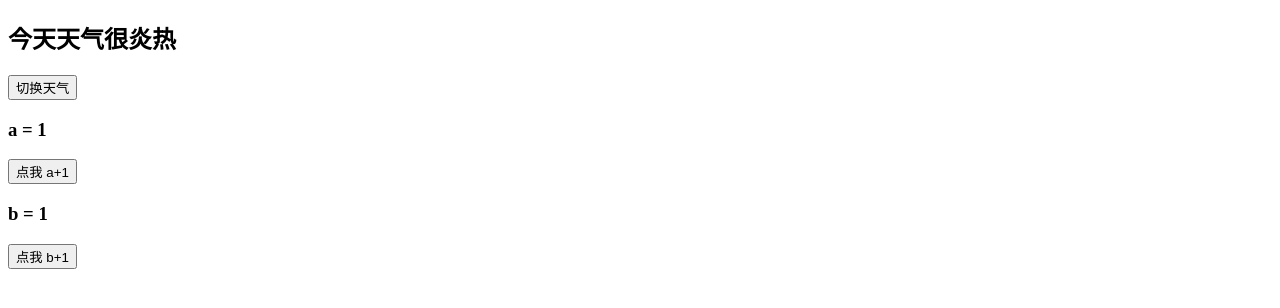
Repository: reggiepy/vueLeaning
Page: 08 监视属性/4. 天气案例_深度监视简写形式.html
An editor plug-in stored every save of this project. The page is shown before and after the next save, followed by the edit.
The browser window is 1280 px wide. The pictures show the whole page.

Above is the page before, as saved 2021-12-19 17:42:00.

After the next save:
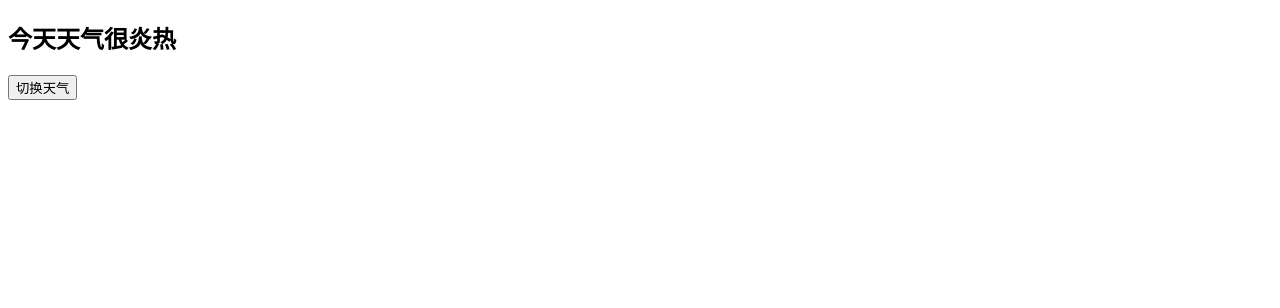
Saved 2 min 18 s later.
--- a/08 监视属性/4. 天气案例_深度监视简写形式.html
+++ b/08 监视属性/4. 天气案例_深度监视简写形式.html
@@ -11,10 +11,6 @@
     <div id="root">
       <h2>今天天气很{{info}}</h2>
       <button @click="changeWeather">切换天气</button>
-      <h3>a = {{numbers.a}}</h3>
-      <button @click="numbers.a++">点我 a+1</button>
-      <h3>b = {{numbers.b}}</h3>
-      <button @click="numbers.b++">点我 b+1</button>
     </div>
   </body>
   <script>
@@ -39,30 +35,23 @@
         },
       },
       watch: {
-        isHot: {
-          // 初始化时handler函数是否调用
-          // immediate: true,
-          // handler什么时候调用？ isHot 被修改后会调用
-          handler(newValue, oldValue) {
-            console.log(
-              "isHot 被修改了，新的值",
-              newValue,
-              "旧的值：",
-              oldValue
-            );
-          },
-        },
-        // // 监视多级结构中某个属性的变化
-        // "numbers.a": {
-        //   handler() {
-        //     console.log("a 改变了");
+        // // 完整的正常写法
+        // isHot: {
+        //   // 初始化时handler函数是否调用
+        //   // immediate: true,
+        //   // handler什么时候调用？ isHot 被修改后会调用
+        //   handler(newValue, oldValue) {
+        //     console.log(
+        //       "isHot 被修改了，新的值",
+        //       newValue,
+        //       "旧的值：",
+        //       oldValue
+        //     );
         //   },
-        // },
-        numbers:{
-          deep: true,
-          handler() {
-            console.log("numbers 变了")
-          }
+      // },
+
+        isHot(newValue, oldValue) {
+            console.log(newValue, oldValue)
         }
       },
     });
